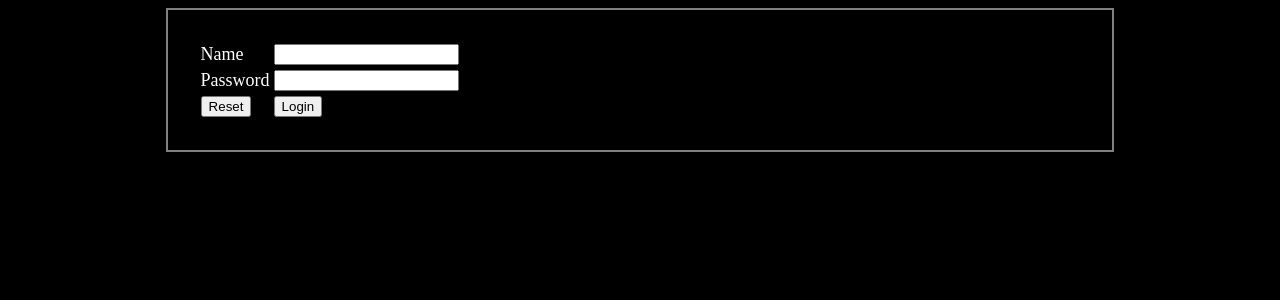
Repository: jks2127/SMS-webApp
Page: sms 1.2/WebContent/index.html
These files come from the project's save history. The page is drawn as it stood at one moment and after the next save; the edit follows.
The browser window is 1280 px wide. The pictures show the whole page.

Above is the page before, as saved 2021-06-11 12:25:11.

### sms 1.2/WebContent/index.html
<!DOCTYPE html>
<html>
<head>
	<meta charset="ISO-8859-1">
	<title>Student Management System</title>

	<style>
		.container{
		margin: auto;
		width:70%;
		border:2px solid gray;
		font-size:18px;
		padding:30px;
		color:white;
		}
	</style>
</head>

<body id="body" bgcolor="black" >
<div class="container">
	<form action="Login" method="POST">
		<table>
			<tr>
				<td> Name </td>
				<td><input type="text" name="user_name"></td>
			</tr>
			<tr>
				<td>Password</td>
				<td><input type="password" name="user_pswd"></td>
			</tr>
			<tr>
				<td><button type="reset">Reset</button></td>
				<td><button type="submit">Login</button></td>
			</tr>
		</table>

	</form>
</div>
</body>
</html>

After the next save:
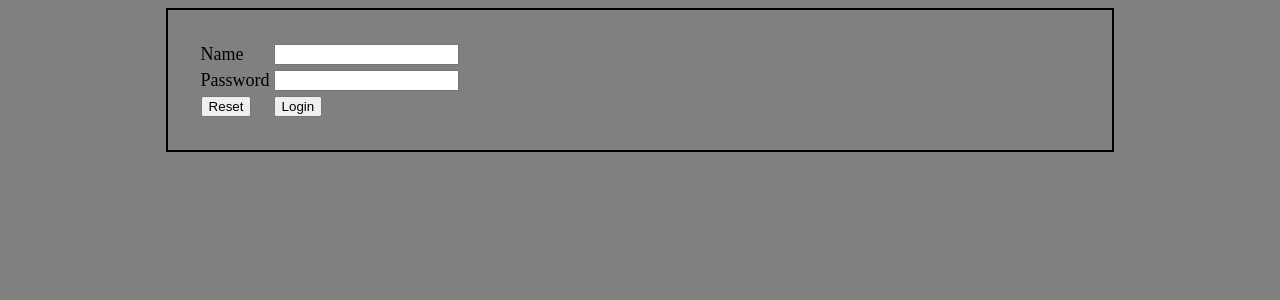
Saved 64 s later.
--- a/sms 1.2/WebContent/index.html
+++ b/sms 1.2/WebContent/index.html
@@ -8,15 +8,14 @@
 		.container{
 		margin: auto;
 		width:70%;
-		border:2px solid gray;
+		border:2px solid black;
 		font-size:18px;
 		padding:30px;
-		color:white;
 		}
 	</style>
 </head>
 
-<body id="body" bgcolor="black" >
+<body id="body" bgcolor="gray" >
 <div class="container">
 	<form action="Login" method="POST">
 		<table>
